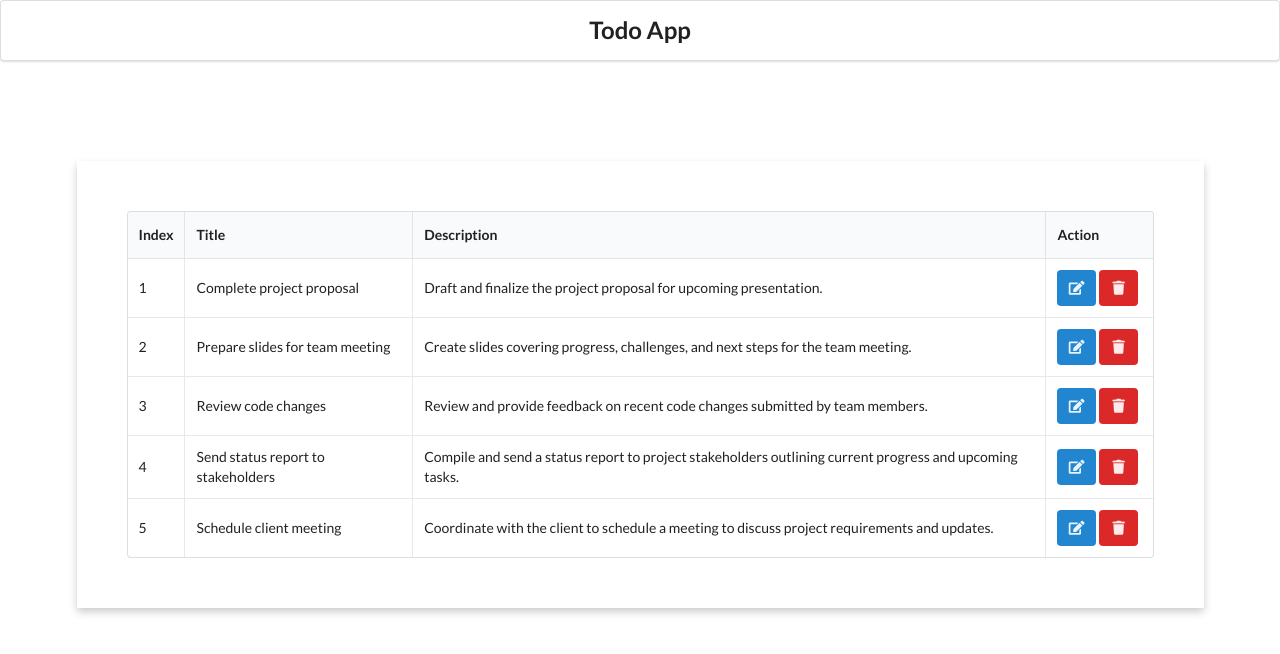
Repository: Wahid137/todo-app
Page: /
These files come from the project's save history. The page is drawn as it stood at one moment and after the next save; the edit follows.
The browser window is 1280 px wide. The pictures show the whole page.
The project was rebuilt for these pictures with package versions that can differ from the ones it lists, and the page was loaded fresh each time. Also part of the build but not shown: src/App.css, src/index.css.

Above is the page before, as saved 2024-05-03 10:41:11.

After the next save:
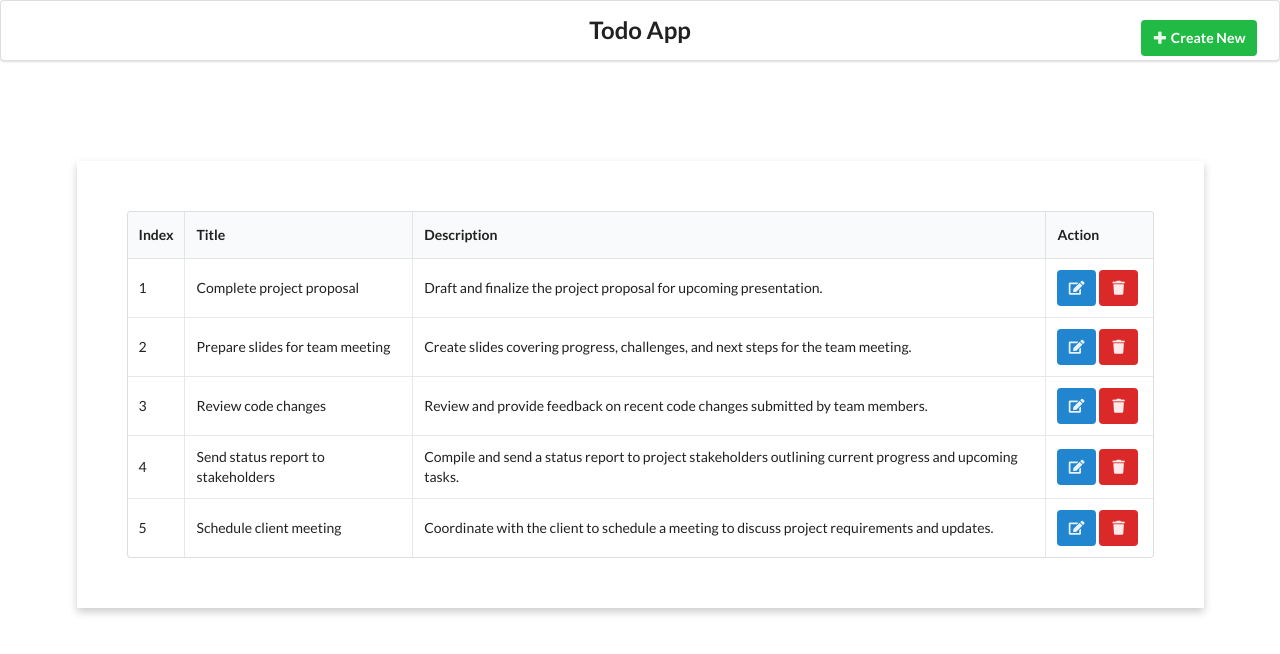
Saved 3 min 45 s later.
--- a/src/components/TodoListPage.js
+++ b/src/components/TodoListPage.js
@@ -30,8 +30,15 @@ const TodoListPage = () => {
         setShowMessage(false);
     };
 
+    const handleCreateNew = () => {
+        // Add your logic for creating a new todo
+    };
+
     return (
         <div>
+            <Button icon color='green' onClick={handleCreateNew} style={{ position: 'absolute', right: '20px', top: '20px', zIndex: '1' }}>
+                <Icon name='add' /> Create New
+            </Button>
             <Segment style={{ marginTop: '20px', margin: 'auto' }}>
                 <h2 style={{ textAlign: 'center' }}>Todo App</h2>
             </Segment>
